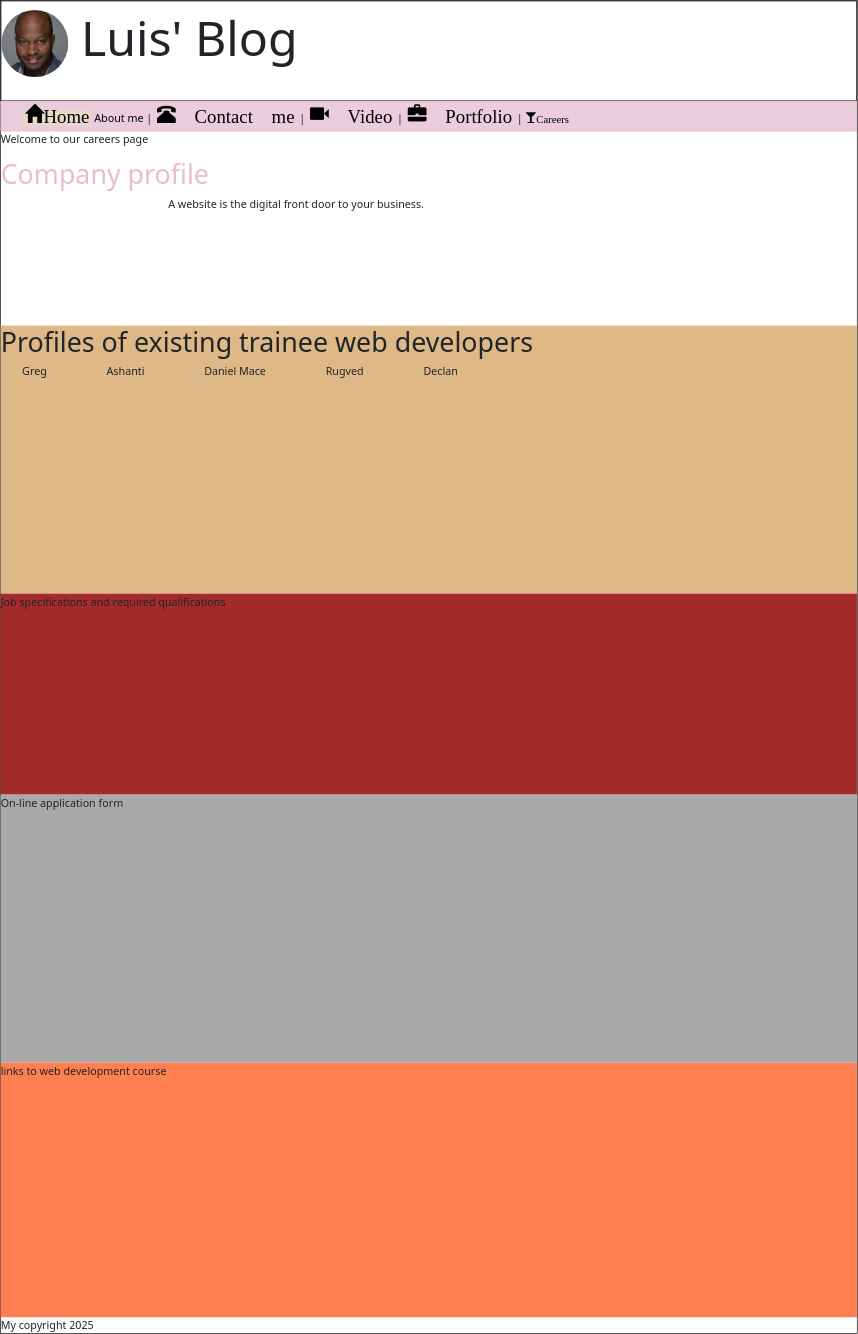
Repository: wduluis/wduluis.github.io
Page: careers.html
These files come from the project's save history. The page is drawn as it stood at one moment and after the next save; the edit follows.
The browser window is 1280 px wide. The pictures show the whole page, at 67% of full size.

Above is the page before, as saved 2025-05-09 12:11:28.

After the next save:
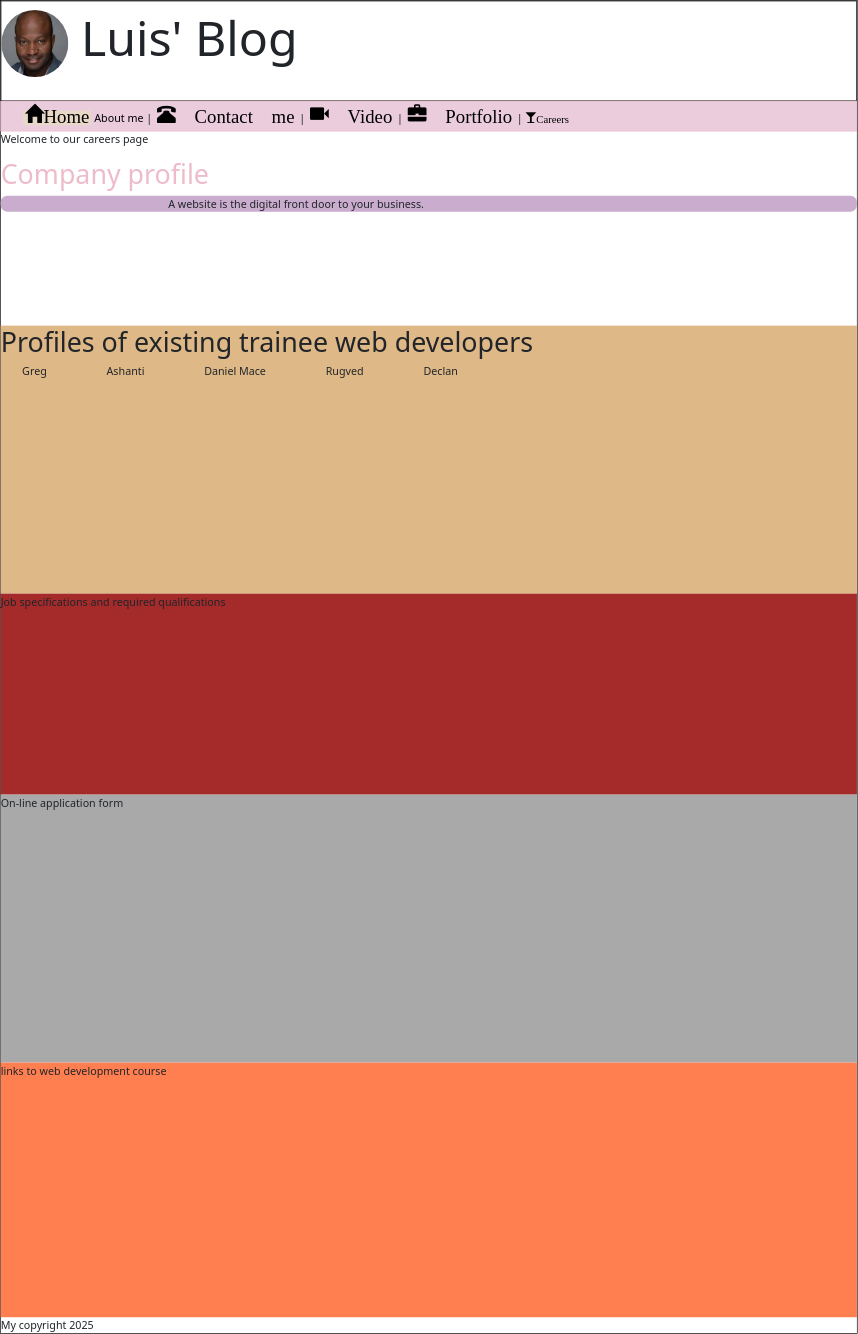
Saved 55 s later.
--- a/mycss/myblog.css
+++ b/mycss/myblog.css
@@ -139,4 +139,6 @@ border: 1px solid #000;
 
 .company_profile p {
      padding-left: 250px;
+     border-radius: 10px;
+     background-color: #caadce;
 }
